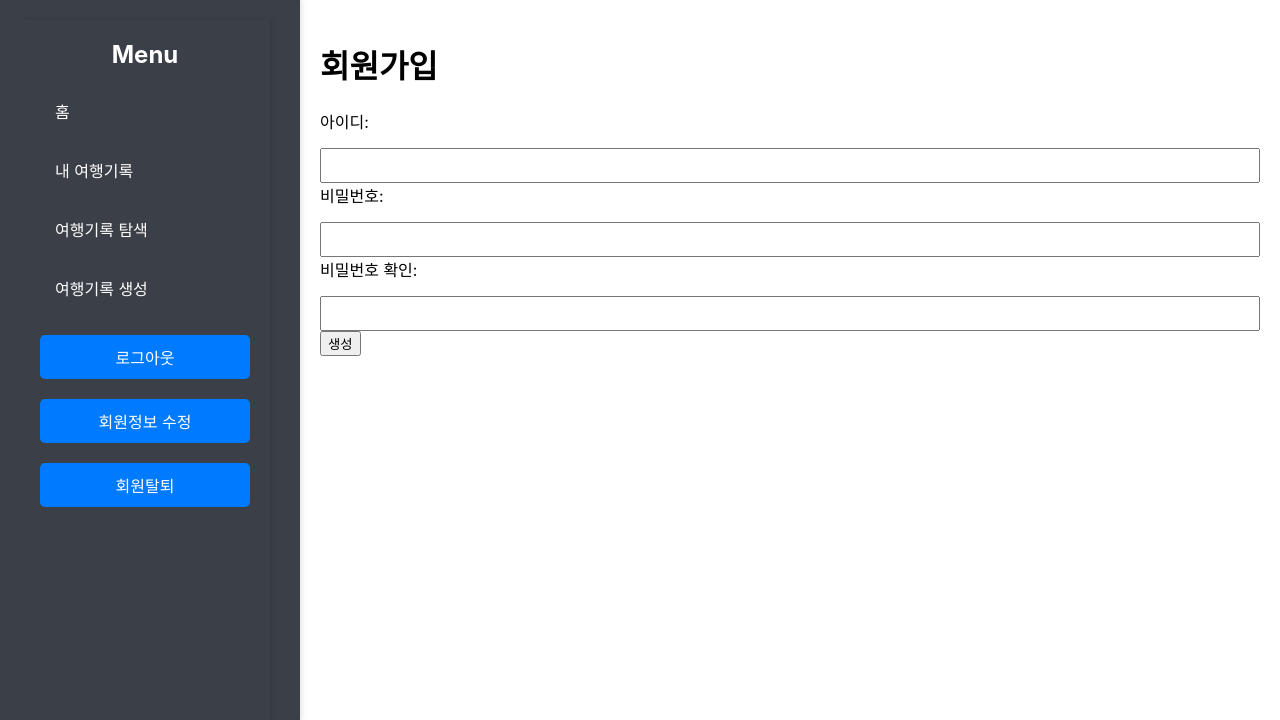
Repository: gimm5550/frontend2
Page: /register
The author's editor kept a copy of each file at every save. The page is drawn from the files as they stood at one save, then again after the next save.
The browser window is 1280 px wide. The pictures show the whole page.
The project was rebuilt for these pictures with package versions that can differ from the ones it lists, and the page was loaded fresh each time. Also part of the build but not shown: src/url.js, src/components/common/KakaoLoginButton.js, src/components/FromServer.js, src/components/common/Footer.js, src/components/common/Header.js, src/components/layout/LandingPageLayout.js, src/components/LoginForm.js, src/components/layout/LoginFormLayout.js and 22 more.

Above is the page before, as saved 2024-11-20 17:38:10.

After the next save:
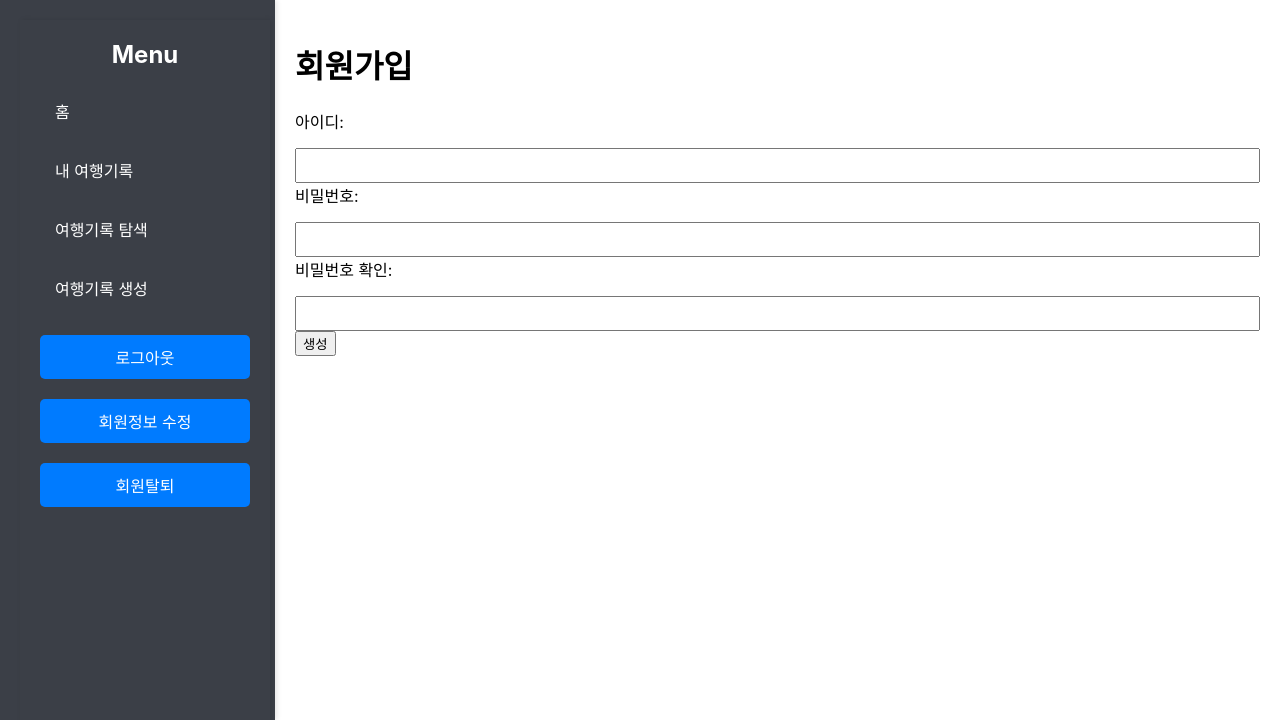
Saved 11 s later.
--- a/src/App.js
+++ b/src/App.js
@@ -33,7 +33,7 @@ function App() {
         <div className="layout">
           <div class="menu-bar" style={{
     display: isLoginPage ? 'none' : 'block', // 로그인 페이지에서는 완전히 숨김
-    width: isLoginPage ? '0' : '300px',
+    width: isLoginPage ? '0' : '275px',
   }}>
             <MenuBar></MenuBar>
           </div>
